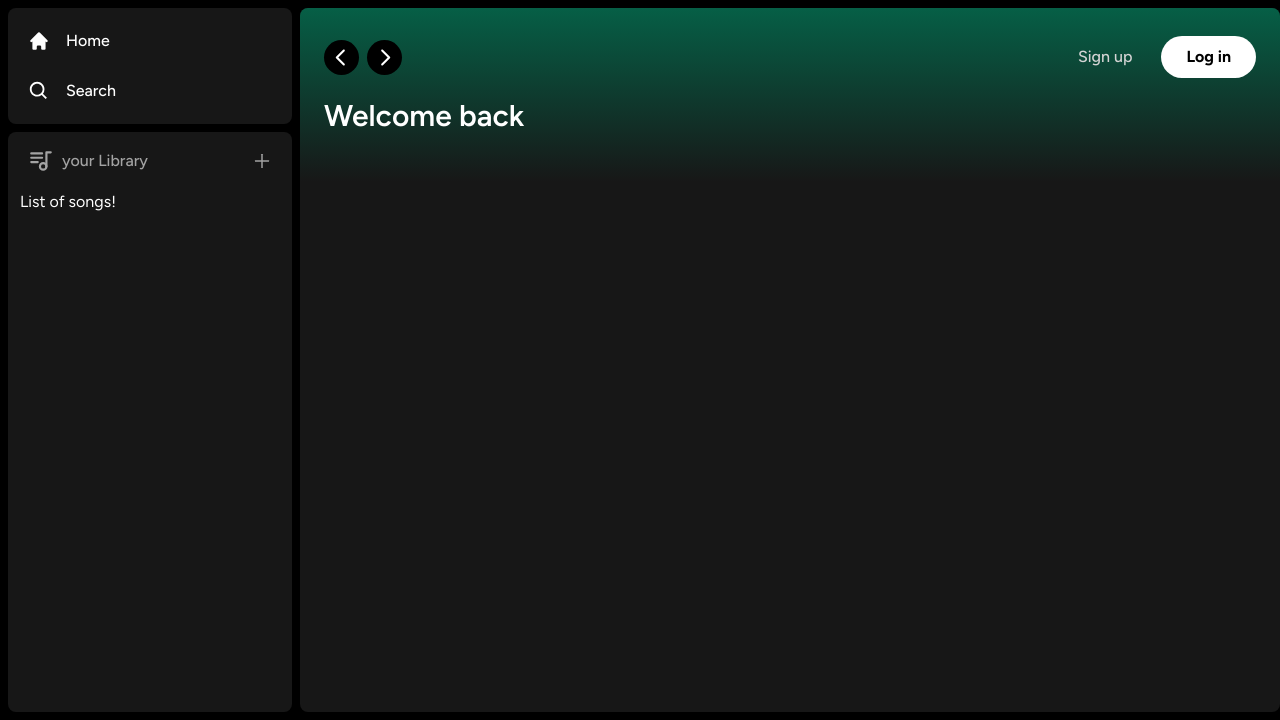
Repository: kjh4357/clone-spotify
Page: /
These files come from the project's save history. The page is drawn as it stood at one moment and after the next save; the edit follows.
The browser window is 1280 px wide. The pictures show the whole page.
The project was rebuilt for these pictures with package versions that can differ from the ones it lists, and the page was loaded fresh each time. The framework's server and built-in components were replaced by stand-ins that run in the browser. Also part of the build but not shown: next.config.mjs.

Above is the page before, as saved 2024-09-26 15:03:20.

After the next save:
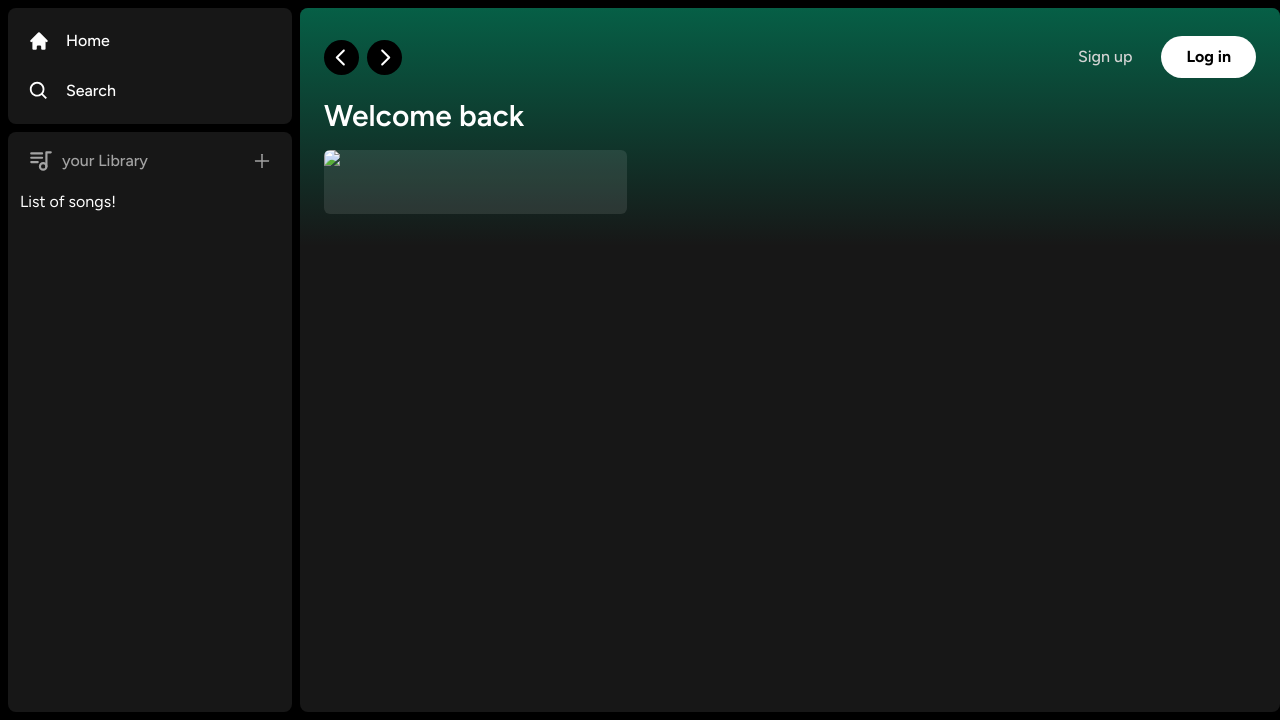
Saved 42 s later.
--- a/src/app/(site)/page.tsx
+++ b/src/app/(site)/page.tsx
@@ -1,4 +1,5 @@
 import Header from '@/components/Header';
+import ListItem from '@/components/ListItem';
 
 export default function Home() {
   return (
@@ -6,7 +7,9 @@ export default function Home() {
       <Header>
         <div className='mb-2'>
           <h1 className='text-white text-3xl font-semibold'>Welcome back</h1>
-          <div className='grid grid-cols-1 sm:grid-cols-2 xl:grid-cols-3 2xl:grid-cols-4 gap-3 mt-4'></div>
+          <div className='grid grid-cols-1 sm:grid-cols-2 xl:grid-cols-3 2xl:grid-cols-4 gap-3 mt-4'>
+            <ListItem image='' />
+          </div>
         </div>
       </Header>
     </div>
